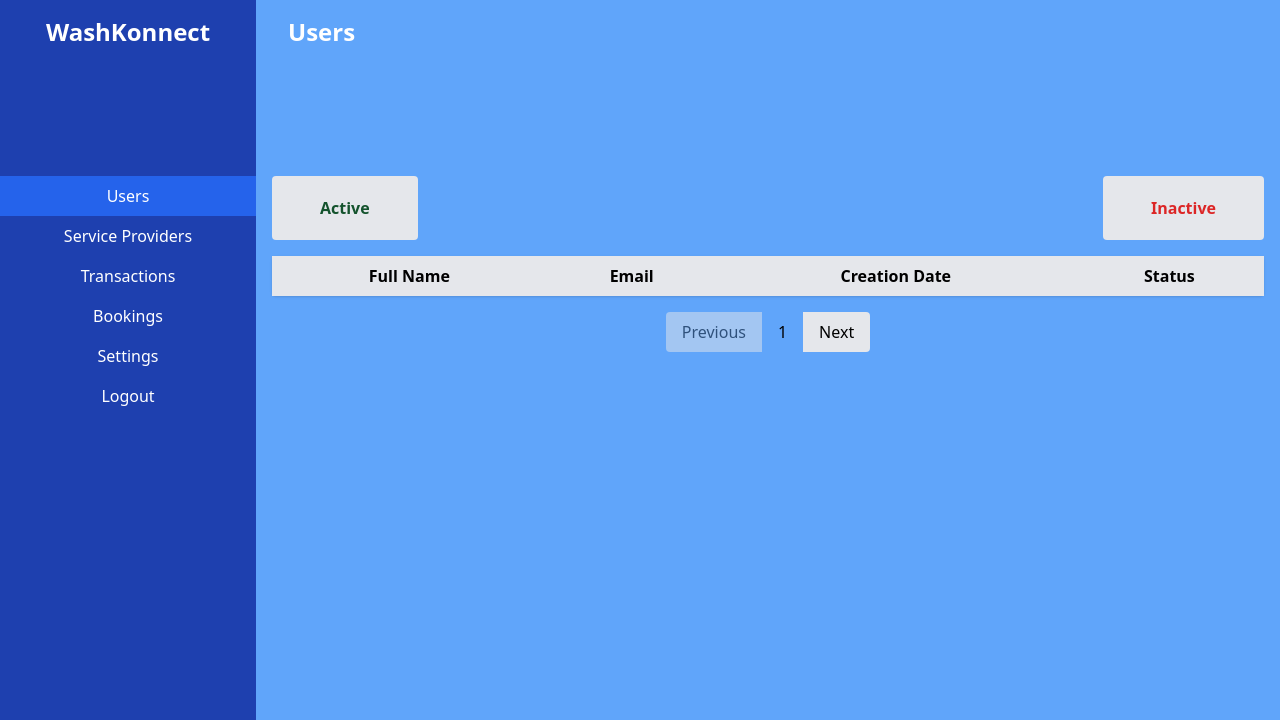
Repository: TEKVOLUTION-LTD/Admin-washKonnect
Page: /dashboard/users (app in Admin-WashKonnect/)
These files come from the project's save history. The page is drawn as it stood at one moment and after the next save; the edit follows.
The browser window is 1280 px wide. The pictures show the whole page.
The page's requests for data from a server got no answer. The project was rebuilt for these pictures with package versions that can differ from the ones it lists, and the page was loaded fresh each time. No one was signed in, and anything a server would have sent is missing. Also part of the build but not shown: Admin-WashKonnect/vite.config.js, Admin-WashKonnect/src/pages/LoginPage.jsx, Admin-WashKonnect/src/pages/ServiceProviderPage.jsx, Admin-WashKonnect/src/pages/TransactionsPage.jsx, Admin-WashKonnect/src/pages/BookingsPage.jsx, Admin-WashKonnect/src/pages/SettingsPage.jsx, Admin-WashKonnect/src/pages/LogoutPage.jsx.

Above is the page before, as saved 2024-11-20 10:27:09.

### Admin-WashKonnect/src/App.jsx
import { BrowserRouter as Router, Route, Routes } from "react-router-dom";
import LoginPage from "./pages/LoginPage";
import Dashboard from "./pages/Dashboard";

function App() {
  return (
    <Router>
      <Routes>
        <Route path="/" element={<LoginPage />} />
        <Route path="/dashboard/*" element={<Dashboard />} />
      </Routes>
    </Router>
  );
}

export default App;

### Admin-WashKonnect/src/pages/Dashboard.jsx
import { Route, Routes } from "react-router-dom";
import Sidebar from "../components/Sidebar";
import UserPage from "../components/UsersPage";
import ServiceProviderPage from "./ServiceProviderPage";
import TransactionPage from "./TransactionsPage";
import BookingsPage from "./BookingsPage";
import SettingsPage from "./SettingsPage";
import LogoutPage from "./LogoutPage";

const Dashboard = () => {
  return (
    <div className="flex h-screen ">
      <Sidebar />
      <div className="flex-1 bg-blue-400 p-4 overflow-auto ">
        <Routes>
          <Route path="users" element= {<UserPage />} />
          <Route path="service-providers" element={<ServiceProviderPage />} />
          <Route path="transactions" element={<TransactionPage />} />
          <Route path="bookings" element={<BookingsPage />} />
          <Route path="settings" element={<SettingsPage />} />
          <Route path="logout" element={<LogoutPage />} />
        </Routes>
      </div>
    </div>
  );
};

export default Dashboard;

### Admin-WashKonnect/src/api/api.js
import axios from "axios";

const API = axios.create({
  baseURL: "http://localhost:5000/api", // Change this to match your backend URL
});

export default API;

### Admin-WashKonnect/src/components/Sidebar.jsx
import { NavLink } from "react-router-dom";


const Sidebar = () => {
  return (
    <div className="w-64 bg-blue-800 text-white h-full text-center justify-center flex flex-col">
      <div className="p-4 text-2xl font-bold">WashKonnect</div>
      <nav className="flex-1 mt-[7rem]">
        {[
          { name: "Users", path: "users" },
          { name: "Service Providers", path: "service-providers" },
          { name: "Transactions", path: "transactions" },
          { name: "Bookings", path: "bookings" },
          { name: "Settings", path: "settings" },
          { name: "Logout", path: "logout" },
        ].map((link) => (
          <NavLink
            key={link.name}
            to={`/dashboard/${link.path}`}
            className={({ isActive }) =>
              `block px-4 py-2 hover:bg-blue-400   ${
                isActive ? "bg-blue-600" : ""
              }`
            }
          >
            {link.name}
          </NavLink>
        ))}
      </nav>
    </div>
  );
};

export default Sidebar;

### Admin-WashKonnect/src/components/UsersPage.jsx
import { useState, useEffect } from "react";
import API from "../api/api";
import Pagination from "./Pagination";

const UserPage = () => {
  const [users, setUsers] = useState([]);
  const [filter, setFilter] = useState("active");
  const [currentPage, setCurrentPage] = useState(1);
  const usersPerPage = 10;

  useEffect(() => {
    const fetchUsers = async () => {
      try {
        const response = await API.get(`/users?status=${filter}`);
        setUsers(response.data);
      } catch (error) {
        console.error("Failed to fetch users", error);
      }
    };
    fetchUsers();
  }, [filter]);

  const startIndex = (currentPage - 1) * usersPerPage;
  const displayedUsers = users.slice(startIndex, startIndex + usersPerPage);

  return (
    <div className="">
        <h1 className="ml-4 text-white font-bold text-2xl">Users</h1>
      <div className="flex justify-between mb-4 mt-[8rem]">

        <button
          onClick={() => setFilter("active")}
          className={`px-[3rem] py-5 rounded ${
            filter === "active" ? "bg-gray-200 text-green-900 font-bold" : "bg-gray-200 "
          }`}
        >
          Active
        </button>
        <button
          onClick={() => setFilter("inactive")}
          className={`px-[3rem] py-2 rounded text-red-600 font-bold ${
            filter === "inactive" ? "bg-blue-600 text-white" : "bg-gray-200"
          }`}
        >
          Inactive
        </button>
      </div>
      <table className="w-full bg-white rounded shadow">
        <thead>
          <tr className="bg-gray-200">
            <th className="p-2">Full Name</th>
            <th className="p-2">Email</th>
            <th className="p-2">Creation Date</th>
            <th className="p-2">Status</th>
          </tr>
        </thead>
        <tbody>
          {displayedUsers.map((user) => (
            <tr key={user.id} className="text-center border-t">
              <td className="p-2">{user.fullname}</td>
              <td className="p-2">{user.email}</td>
              <td className="p-2">{user.creationDate}</td>
              <td className="p-2">{user.status}</td>
            </tr>
          ))}
        </tbody>
      </table>
      <Pagination
        totalItems={users.length}
        itemsPerPage={usersPerPage}
        currentPage={currentPage}
        onPageChange={(page) => setCurrentPage(page)}
      />
    </div>
  );
};

export default UserPage;

### Admin-WashKonnect/src/components/Pagination.jsx
const Pagination = ({ totalItems, itemsPerPage, currentPage, onPageChange }) => {
    const totalPages = Math.ceil(totalItems / itemsPerPage);

    return (
      <div className="flex justify-center mt-4">
        <button
          onClick={() => onPageChange(currentPage - 1)}
          disabled={currentPage === 1}
          className="px-4 py-2 bg-gray-200 rounded-l disabled:opacity-50"
        >
          Previous
        </button>
        <span className="px-4 py-2">{currentPage}</span>
        <button
          onClick={() => onPageChange(currentPage + 1)}
          disabled={currentPage === totalPages}
          className="px-4 py-2 bg-gray-200 rounded-r disabled:opacity-50"
        >
          Next
        </button>
      </div>
    );
  };

  export default Pagination;

Loaded but not shown: Admin-WashKonnect/index.html (common file); Admin-WashKonnect/src/main.jsx (common file); Admin-WashKonnect/src/index.css (common file); Admin-WashKonnect/tailwind.config.js (common file)

After the next save:
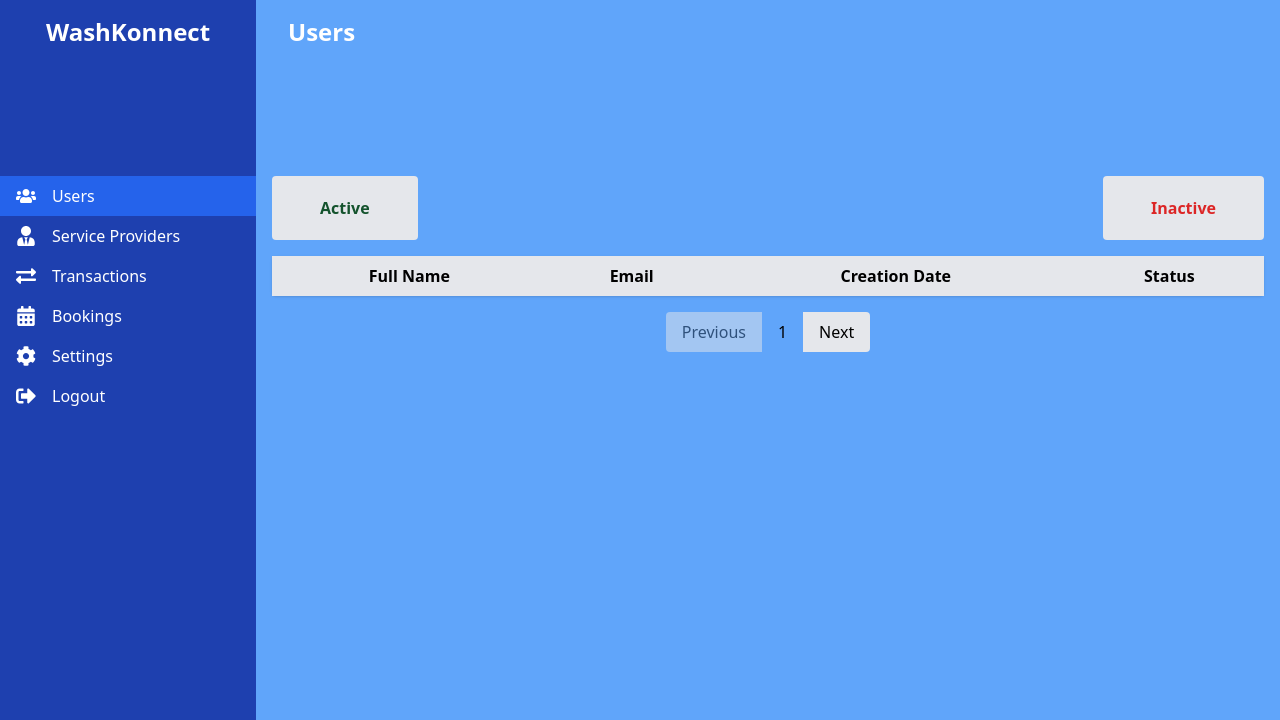
Saved 2 min 39 s later.
--- a/Admin-WashKonnect/src/components/Sidebar.jsx
+++ b/Admin-WashKonnect/src/components/Sidebar.jsx
@@ -1,29 +1,32 @@
 import { NavLink } from "react-router-dom";
-
+import { FaUsers, FaUserTie, FaExchangeAlt, FaCalendarAlt, FaCog, FaSignOutAlt } from "react-icons/fa";
 
 const Sidebar = () => {
+  const links = [
+    { name: "Users", path: "users", icon: <FaUsers /> },
+    { name: "Service Providers", path: "service-providers", icon: <FaUserTie /> },
+    { name: "Transactions", path: "transactions", icon: <FaExchangeAlt /> },
+    { name: "Bookings", path: "bookings", icon: <FaCalendarAlt /> },
+    { name: "Settings", path: "settings", icon: <FaCog /> },
+    { name: "Logout", path: "logout", icon: <FaSignOutAlt /> },
+  ];
+
   return (
     <div className="w-64 bg-blue-800 text-white h-full text-center justify-center flex flex-col">
       <div className="p-4 text-2xl font-bold">WashKonnect</div>
       <nav className="flex-1 mt-[7rem]">
-        {[
-          { name: "Users", path: "users" },
-          { name: "Service Providers", path: "service-providers" },
-          { name: "Transactions", path: "transactions" },
-          { name: "Bookings", path: "bookings" },
-          { name: "Settings", path: "settings" },
-          { name: "Logout", path: "logout" },
-        ].map((link) => (
+        {links.map((link) => (
           <NavLink
             key={link.name}
             to={`/dashboard/${link.path}`}
             className={({ isActive }) =>
-              `block px-4 py-2 hover:bg-blue-400   ${
+              `block px-4 py-2 flex items-center space-x-4 hover:bg-blue-400 ${
                 isActive ? "bg-blue-600" : ""
               }`
             }
           >
-            {link.name}
+            <span className="text-xl">{link.icon}</span>
+            <span>{link.name}</span>
           </NavLink>
         ))}
       </nav>
